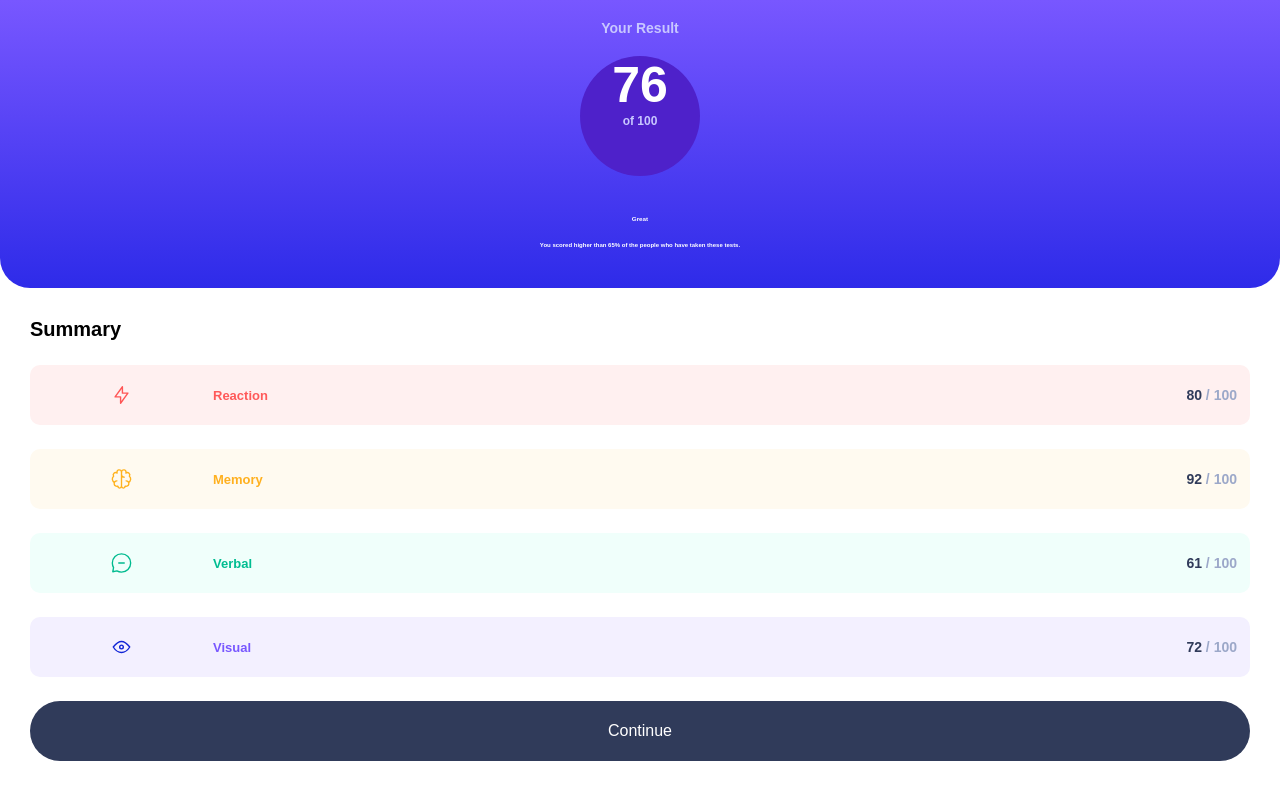
Repository: limaneto/frontend-mentor-results-summary
Page: index.html
These files come from the project's save history. The page is drawn as it stood at one moment and after the next save; the edit follows.
The browser window is 1280 px wide. The pictures show the whole page.

Above is the page before, as saved 2023-11-06 10:01:18.

### index.html
<!DOCTYPE html>
<html lang="en">
  <head>
    <meta charset="UTF-8">
    <meta name="viewport" content="width=device-width, initial-scale=1.0">
    <link rel="stylesheet" href="style.css">
  </head>
  <body>
    <main>
      <section id='result'>
        <h1>Your Result</h1>
        <span id='score'>
          <h2>76</h2>
          <h3>of 100</h3>
        </span>
        <p>
          <h4>Great</h4>
          <h5>You scored higher than 65% of the people who have taken these tests.</h5>
        </p>
      </section>
      <summary>
        <h2>Summary</h2>
        <ul>
          <li id='reaction'>
            <img id='icons' src="./assets/images/icon-reaction.svg" alt="Lightning">
            Reaction
            <span>
              80 <span>/ 100</span>
            </span>
          </li>
          <li id='memory'>
            <img id='icons' src="./assets/images/icon-memory.svg" alt="Brain">
            Memory
            <span>
              92 <span>/ 100</span>
            </span>
          </li>
          <li id='verbal'>
            <img id='icons' src="./assets/images/icon-verbal.svg" alt="Cloud">
            Verbal
            <span>
              61 <span>/ 100</span>
            </span>
          </li>
          <li id='visual'>
            <img id='icons' src="./assets/images/icon-visual.svg" alt="Eye">
            Visual
            <span>
              72 <span>/ 100</span>
            </span>
          </li>
        </ul>
        <button>Continue</button>
      </summary>
    </main>
  </body>
</html>

### style.css
:root {
  --red: #ff5959;
  --orangey:	#ffb01f;
  --green: #00bd91;
  --blue: #1125d4;
  --pale-blue: #ebf1ff;
  --white: #ffffff;
  --dark-gray-blue: #303b5a;
  --lavender: #c8c7ff;
  --g-slate-blue: #7857ff;
  --g-royal-blue: #2e2be9;
  --g-violet-blue: #4e21ca;
  --g-persian-blue: #2421ca;
}

@font-face {
  font-family: 'HankenGrotesk', sans-serif;
  src: url(./assets/fonts//HankenGrotesk-VariableFont_wght.ttf);
}

* {
  box-sizing: border-box;
  margin: 0;
  padding: 0;
}

html, body {
  font-size: 62.5%;
  font-family: 'HankenGrotesk', sans-serif;
  height: 100vh;
  width: 100vw;
}

li {
  display: block;
}

main {
  height: 100%;
  width: 100%;
}

section {
  display: flex;
  flex-direction: column;
  align-items: center;
  justify-content: space-between;
  padding: 2.0rem;
  height: 40%;
  background: linear-gradient(0deg, var(--g-royal-blue), var(--g-slate-blue));
  border-bottom-left-radius: 30px;
  border-bottom-right-radius: 30px;
  color: var(--white);
}

section > h1 {
  font-size: 1.4rem;
  color: var(--lavender);
}

#score {
  text-align: center;
  height: 120px;
  width: 120px;
  border-radius: 6rem;
  background-color: var(--g-violet-blue);
}

#score > h2 {
  font-size: 5rem;
}

#score > h3 {
  font-size: 1.2rem;
  color: var(--lavender);
}

section > p > h4 {
  font-size: 2rem;
}

summary {
  padding: 30px;
}

summary > h2 {
  font-size: 2rem;
}

summary > ul > li {
  font-size: 1.3rem;
  font-weight: bold;
  display: flex;
  align-items: center;
  width: 100%;
  height: 60px;
  border-radius: 10px;
  background-color: #00bd91;
  margin: 24px 0;
}

#reaction {
  color: var(--red);
  background-color: hsl(0, 100%, 97%);
}

#memory {
  color: var(--orangey);
  background-color: hsl(39, 100%, 97%);
}

#verbal {
  color: var(--green);
  background-color: hsl(166, 100%, 97%);
}

#visual {
  color: var(--g-slate-blue);
  background-color: hsl(252, 100%, 97%);
}

#icons {
  width: 15%;
  height: 2.2rem;
}

li > span {
  color: var(--dark-gray-blue);
  font-size: 1.4rem;
  margin-right: 1.3rem;
  margin-left: auto;
}

li > span > span {
  color: hsl(224, 30%, 70%);
}

summary > button {
  background-color: var(--dark-gray-blue);
  width: 100%;
  height: 60px;
  color: var(--white);
  border: none;
  border-radius: 3.2rem;
  font-size: 1.6rem;
}

After the next save:
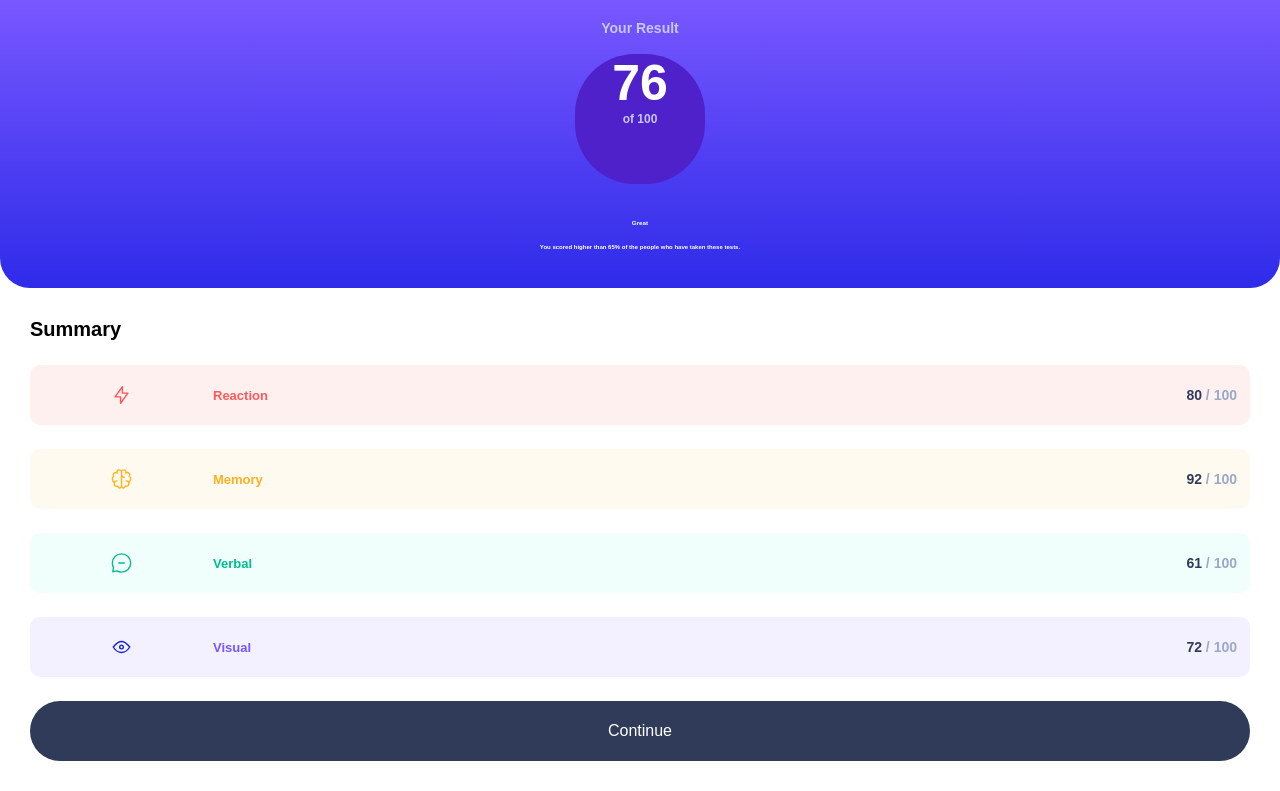
Saved 11 s later.
--- a/style.css
+++ b/style.css
@@ -60,8 +60,8 @@ section > h1 {
 
 #score {
   text-align: center;
-  height: 120px;
-  width: 120px;
+  height: 130px;
+  width: 130px;
   border-radius: 6rem;
   background-color: var(--g-violet-blue);
 }
